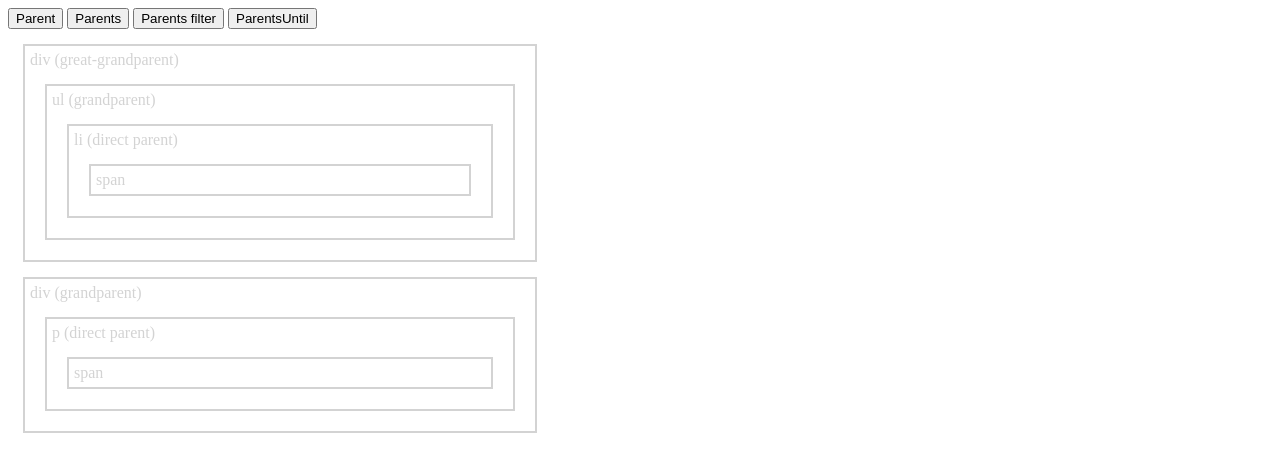
Repository: sudheerj/jQuery
Page: jQueryExamples/chapter03/AdjacentSiblingSelector.html
An editor plug-in stored every save of this project. The page is shown before and after the next save, followed by the edit.
The browser window is 1280 px wide. The pictures show the whole page.

Above is the page before, as saved 2016-10-21 02:55:10.

### jQueryExamples/chapter03/AdjacentSiblingSelector.html
<!DOCTYPE html>
<head>
	<title>jQuery Get Tag Name</title>
	<script type="text/javascript" src="..\jquery\jquery-3.1.1.min.js"></script>

	<script>
		$(document).ready(function() {
			$("button1").click(function() {
				$("span").parent().css({
					"color" : "red",
					"border" : "2px solid red"
				});
			});
			$("button2").click(function() {
				$("span").parents().css({
					"color" : "red",
					"border" : "2px solid red"
				});
			});
			$("button3").click(function() {
				$("span").parents("ul").css({
					"color" : "red",
					"border" : "2px solid red"
				});
			});
			$("button4").click(function() {
				$("span").parentsUntil("div").css({
					"color" : "red",
					"border" : "2px solid red"
				});
			});

		});
	</script>
	<style>
		.ancestors * {
			display: block;
			border: 2px solid lightgrey;
			color: lightgrey;
			padding: 5px;
			margin: 15px;
		}
	</style>
</head>
<body>
	<button id="button1">
		Parent
	</button>
	<button id="button2">
		Parents
	</button>
	<button id="button3">
		Parents filter
	</button>
	<button id="button4">
		ParentsUntil
	</button>

	<div class="ancestors">
		<div style="width:500px;">
			div (great-grandparent)
			<ul>
				ul (grandparent)
				<li>
					li (direct parent) <span>span</span>
				</li>
			</ul>
		</div>

		<div style="width:500px;">
			div (grandparent)
			<p>
				p (direct parent) <span>span</span>
			</p>
		</div>
	</div>
</body>
</html>

Loaded but not shown: jQueryExamples/jquery/jquery-3.1.1.min.js (library)

After the next save:
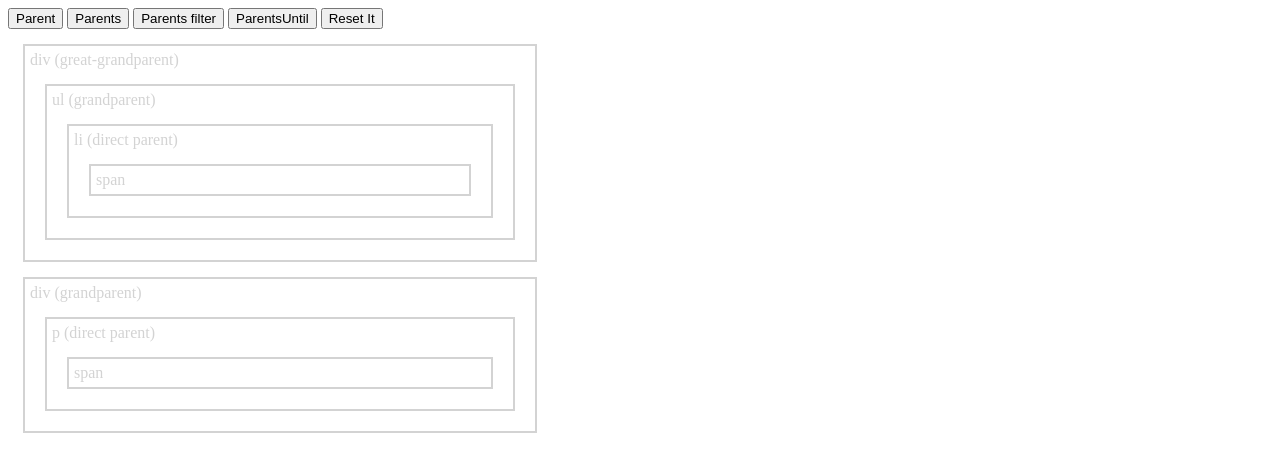
Saved 94 s later.
--- a/jQueryExamples/chapter03/AdjacentSiblingSelector.html
+++ b/jQueryExamples/chapter03/AdjacentSiblingSelector.html
@@ -55,6 +55,7 @@
 	<button id="button4">
 		ParentsUntil
 	</button>
+	<button id="reset">Reset It</button>
 
 	<div class="ancestors">
 		<div style="width:500px;">
